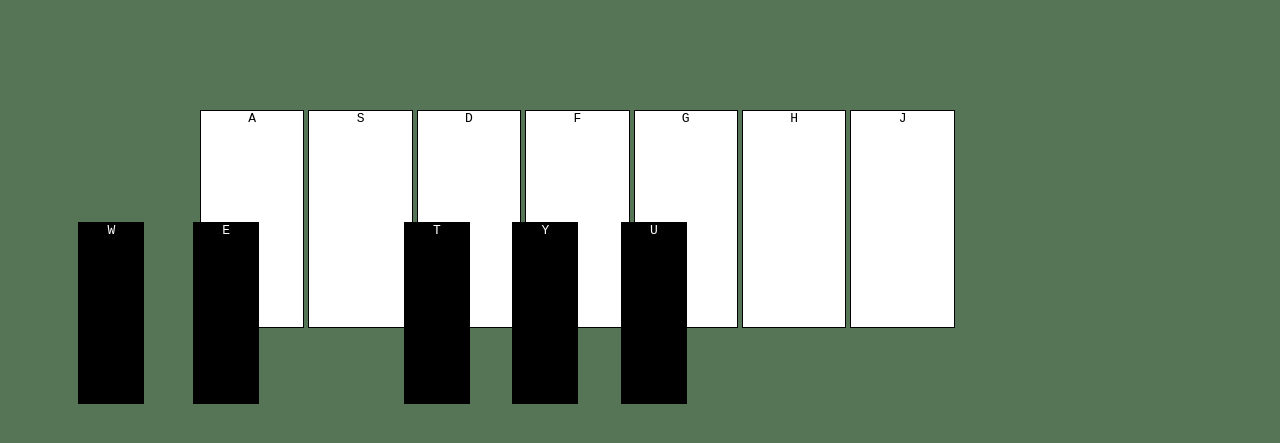
Repository: ctcoleman/Virtual-Piano
Page: index.html
These files come from the project's save history. The page is drawn as it stood at one moment and after the next save; the edit follows.
The browser window is 1280 px wide. The pictures show the whole page.

Above is the page before, as saved 2020-07-20 09:15:02.

### index.html
<!DOCTYPE html>
<html>

<head>
    <meta charset="utf-8">
    <link type="text/css" rel="stylesheet" href="./index.css">
    <title>Chris's Keyboard Piano</title>
</head>

<body>
    <div class="container">
        <div class="white-keys">
            <kbd class="white-key" id="KeyA">A</kbd>
            <kbd class="white-key" id="KeyS">S</kbd>
            <kbd class="white-key" id="KeyD">D</kbd>
            <kbd class="white-key" id="KeyF">F</kbd>
            <kbd class="white-key" id="KeyG">G</kbd>
            <kbd class="white-key" id="KeyH">H</kbd>
            <kbd class="white-key" id="KeyJ">J</kbd>
        </div>
        <div class="black-keys">
            <kbd class="black-key" id="KeyW">W</kbd>
            <kbd class="black-key" id="KeyE">E</kbd>
            <kbd class="black-key" id="KeyT">T</kbd>
            <kbd class="black-key" id="KeyY">Y</kbd>
            <kbd class="black-key" id="KeyU">U</kbd>
        </div>
    </div>
    <script src="./index.js"></script>
</body>

</html>

### index.css
/*
=== Basic Styling ===
 */
html {
    background: rgba(1, 46, 1, 0.664);
    color: black;
    box-sizing: border-box;
}

/*
=== Keyboard Styling ===
*/
.keyboard-container {
    position: relative;
    width: 60vw;
    height: 30vh;
    margin: 35vh 15vw;
}
/*
=== White Keys Styling ===
*/
.white-keys {
    margin: 15vh 15vw;
}
.white-key {
    display: inline-block;
    text-align: center;
    width: 8vw;
    height: 30vh;
    background: white;
    border: 1px solid black;
}
/*
=== Black Keys Styling ===
*/
.black-key-container {
    margin: 10vh 5vw;
}
.black-key {
    position: relative;
    z-index: 1;
    top: -30vh;
    text-align: center;
    display: inline-block;
    width: 5vw;
    height: 25vh;
    background: black;
    color: white;
    border: 1px solid black;
}
#KeyW {
    left: 5.5vw;
}
#KeyE {
    left: 9vw;
}
#KeyT {
    left: 20vw;
}
#KeyY {
    left: 23vw;
}
#KeyU {
    left: 26vw;
}

### index.js
const aKey = document.getElementById('KeyA')
const sKey = document.getElementById('KeyS')
const dKey = document.getElementById('KeyD')
const fKey = document.getElementById('KeyF')
const gKey = document.getElementById('KeyG')
const hKey = document.getElementById('KeyH')
const jKey = document.getElementById('KeyJ')
const wKey = document.getElementById('KeyW')
const eKey = document.getElementById('KeyE')
const tKey = document.getElementById('KeyT')
const yKey = document.getElementById('KeyY')
const uKey = document.getElementById('KeyU')






const keys = [aKey, sKey, dKey, fKey, gKey, hKey, jKey, wKey, eKey, tKey, yKey, uKey]
console.log(keys)
document.addEventListener('keypress', (keyPressed) => {
    const key = keyPressed.code
    switch (key) {
        case keys[0].id:
            new Audio('./keys/A.mp3').play()
            break
        case keys[1].id:
            new Audio('./keys/S.mp3').play()
            break
        case keys[2].id:
            new Audio('./keys/D.mp3').play()
            break
        case keys[3].id:
            new Audio('./keys/F.mp3').play()
            break
        case keys[4].id:
            new Audio('./keys/G.mp3').play()
            break
        case keys[5].id:
            new Audio('./keys/H.mp3').play()
            break
        case keys[6].id:
            new Audio('./keys/J.mp3').play()
            break
        case keys[7].id:
            new Audio('./keys/W.mp3').play()
            break
        case keys[8].id:
            new Audio('./keys/E.mp3').play()
            break
        case keys[9].id:
            new Audio('./keys/T.mp3').play()
            break
        case keys[10].id:
            new Audio('./keys/Y.mp3').play()
            break
        case keys[11].id:
            new Audio('./keys/U.mp3').play()
            break
        default:
            console.log('Invalid Key Press')
    }
})

After the next save:
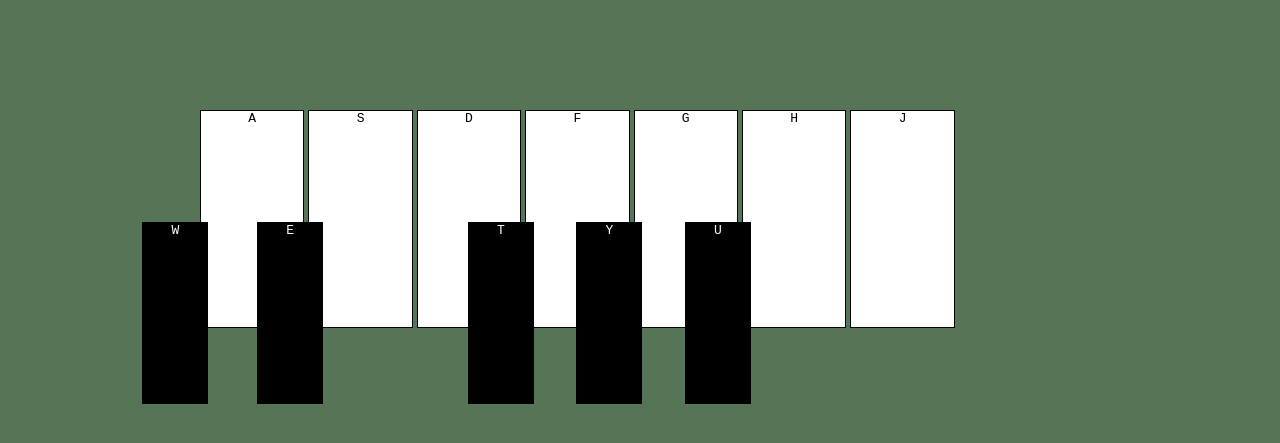
Saved 4 s later.
--- a/index.css
+++ b/index.css
@@ -33,7 +33,7 @@ html {
 /*
 === Black Keys Styling ===
 */
-.black-key-container {
+.black-keys {
     margin: 10vh 5vw;
 }
 .black-key {
